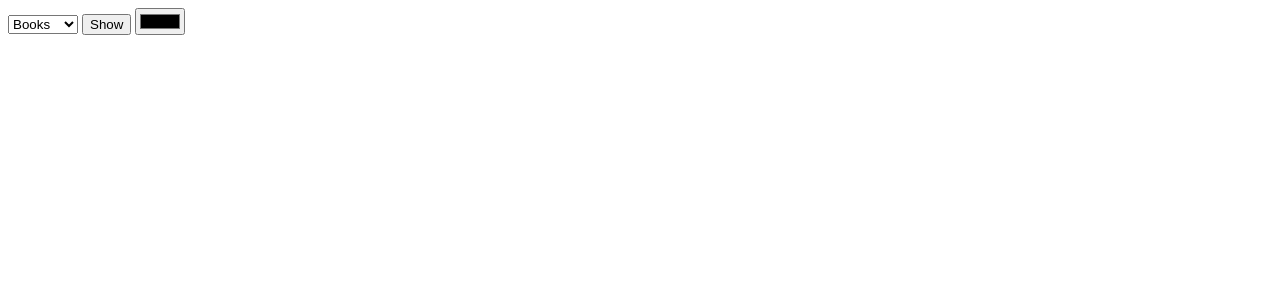
Repository: aishwarya-sankhla/JavaTraining
Page: CookieExample/WebContent/index.html
These files come from the project's save history. The page is drawn as it stood at one moment and after the next save; the edit follows.
The browser window is 1280 px wide. The pictures show the whole page.

Above is the page before, as saved 2018-10-05 09:52:57.

After the next save:
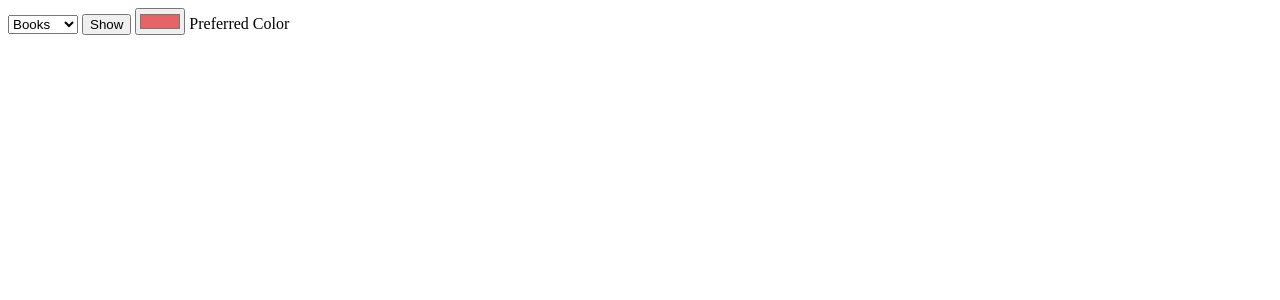
Saved 70 s later.
--- a/CookieExample/WebContent/index.html
+++ b/CookieExample/WebContent/index.html
@@ -15,7 +15,9 @@
 		</select>
 
 		<input type="submit" value="Show">
-		<input type="color">
+		<input type="color" id="head" name="color"
+               value="#e66465" />
+        <label for="head">Preferred Color</label>
 
 	</form>
 </body>
